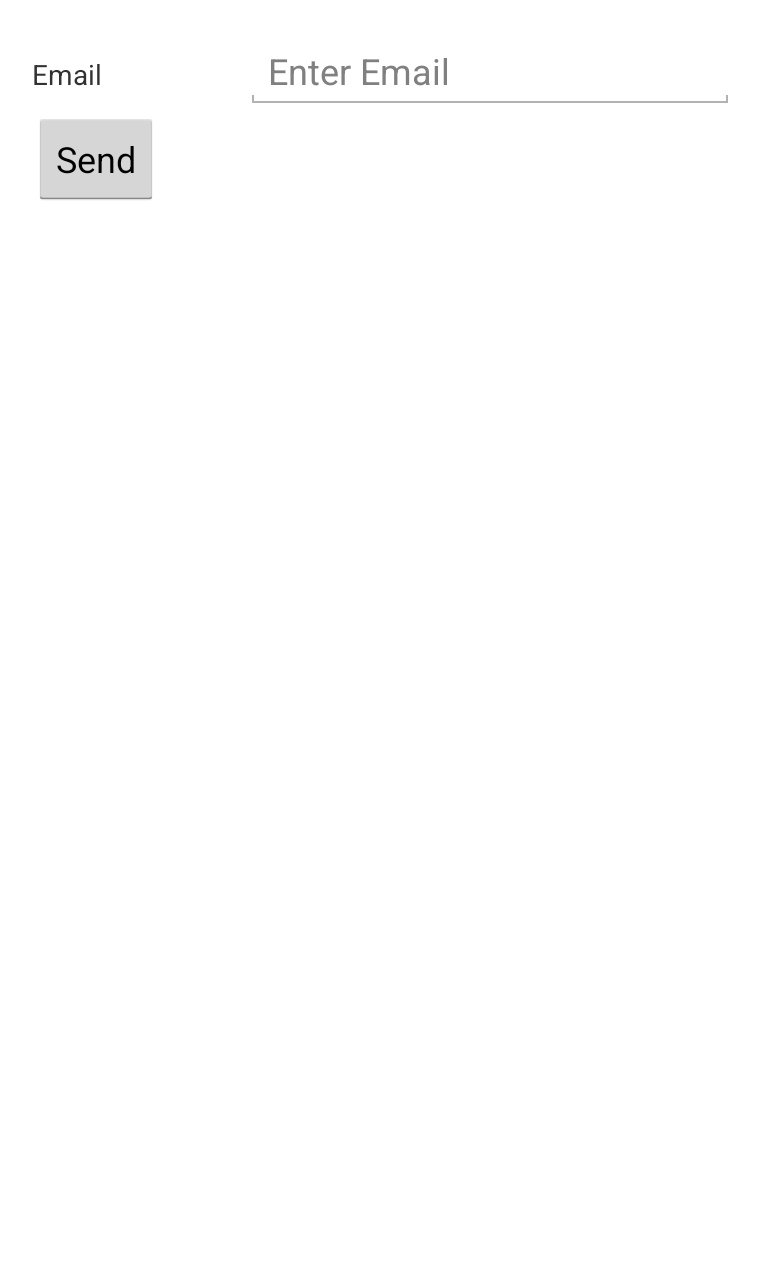
Repository: akhilnambiar/CS186_warmup1
Layout: frontend copy/LoginCounter/res/layout/activity_main.xml
These files come from the project's save history. The layout is drawn as it stood at one moment and after the next save; the edit follows.
It is drawn on a 768 x 1280 px phone screen (xhdpi) without system bars, with theme AppTheme; the app's code is not run.

Above is the layout before, as saved 2014-02-19 05:40:25.

### frontend copy/LoginCounter/res/layout/activity_main.xml
<LinearLayout xmlns:android="http://schemas.android.com/apk/res/android"
    xmlns:tools="http://schemas.android.com/tools"
    android:layout_width="match_parent"
    android:layout_height="match_parent"
    android:paddingBottom="@dimen/activity_vertical_margin"
    android:paddingLeft="@dimen/activity_horizontal_margin"
    android:paddingRight="@dimen/activity_horizontal_margin"
    android:paddingTop="@dimen/activity_vertical_margin"
    android:orientation="vertical"
    tools:context=".MainActivity" >
    <LinearLayout
        android:layout_width="fill_parent"
   	    android:layout_height="wrap_content" >
    <TextView
       android:id="@+id/tvEmail"
       android:layout_width="50dp"
       android:layout_height="wrap_content"
       android:text="@string/email_tag"
       android:layout_weight="3"/>
	<EditText android:id="@+id/edit_message"
        android:layout_width="wrap_content"
        android:layout_height="wrap_content"
        android:hint="@string/email_message"
        android:layout_weight="7" />
	</LinearLayout>
	<LinearLayout>
	<TextView
       android:id="@+id/tvPass"
       android:layout_width="50dp"
       android:layout_height="wrap_content"
       android:text="@string/pass_tag" />
    <EditText android:id="@+id/pass_message"
        android:layout_width="wrap_content"
        android:layout_height="wrap_content"
        android:hint="@string/pass_message" />
    </LinearLayout>
    <Button
        android:layout_width="wrap_content"
        android:layout_height="wrap_content"
        android:text="@string/button_send"
        android:onClick="sendMessage"/>
</LinearLayout>

### frontend copy/LoginCounter/res/values/strings.xml
<?xml version="1.0" encoding="utf-8"?>
<resources>

    <string name="app_name">LoginCounter</string>
    <string name="button_send">Send</string>
    <string name="title_activity_main">Main Activity</string>
    <string name="action_settings">Settings</string>
    <string name="hello_world">Hello world!</string>
    <string name="edit_message">Enter a Message</string>
    <string name="email_message">Enter Email</string>
    <string name="pass_message">Enter Password</string>
    <string name="email_tag">Email</string>
    <string name="pass_tag">Password</string>
    <string name="title_activity_display_message">My Message</string>

</resources>

Loaded but not shown: frontend copy/LoginCounter/res/values/styles.xml (common file); frontend copy/LoginCounter/res/values-v11/styles.xml (common file); frontend copy/LoginCounter/res/values-v14/styles.xml (common file); frontend copy/LoginCounter/res/values/dimens.xml (common file)

After the next save:
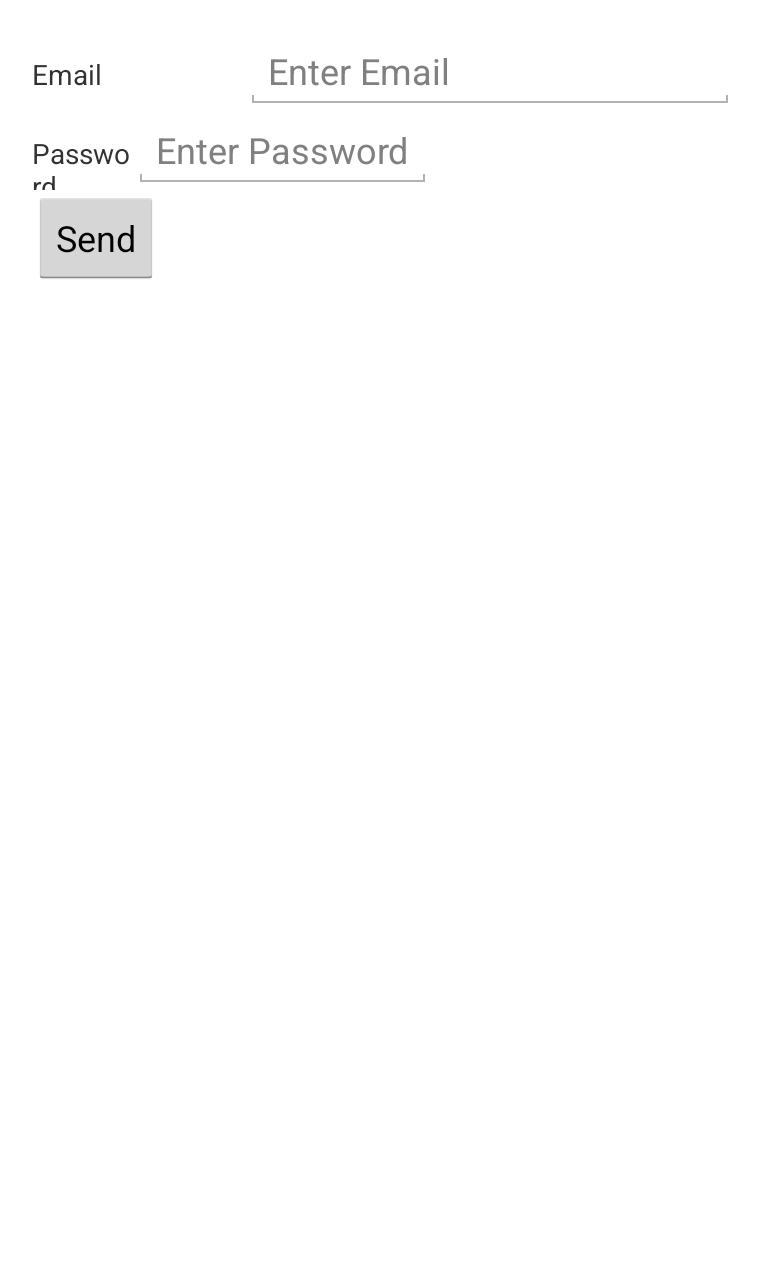
Saved 21 s later.
--- a/frontend copy/LoginCounter/res/layout/activity_main.xml
+++ b/frontend copy/LoginCounter/res/layout/activity_main.xml
@@ -23,7 +23,9 @@
         android:hint="@string/email_message"
         android:layout_weight="7" />
 	</LinearLayout>
-	<LinearLayout>
+	<LinearLayout
+	    android:layout_width="fill_parent"
+   	    android:layout_height="wrap_content">
 	<TextView
        android:id="@+id/tvPass"
        android:layout_width="50dp"
